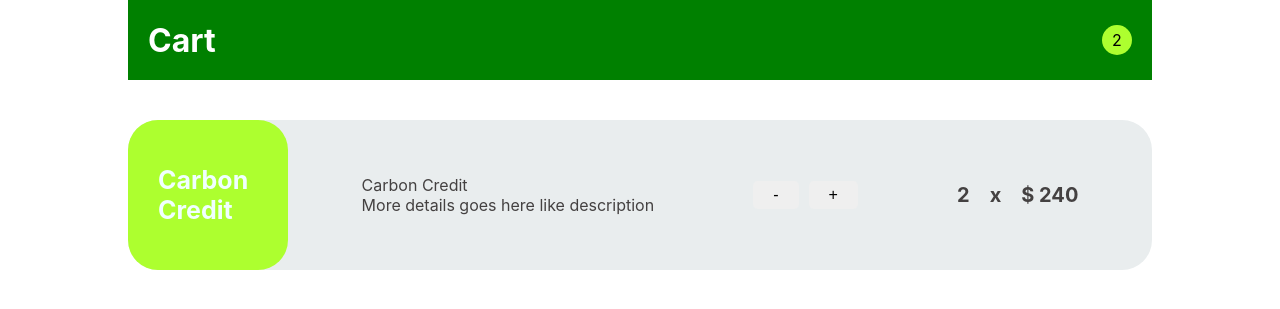
Repository: Yowani24/CarbonApp
Page: /cart
These files come from the project's save history. The page is drawn as it stood at one moment and after the next save; the edit follows.
The browser window is 1280 px wide. The pictures show the whole page.
The project was rebuilt for these pictures with package versions that can differ from the ones it lists, and the page was loaded fresh each time. The framework's server and built-in components were replaced by stand-ins that run in the browser. Also part of the build but not shown: next.config.js.

Above is the page before, as saved 2021-09-26 20:51:38.

After the next save:
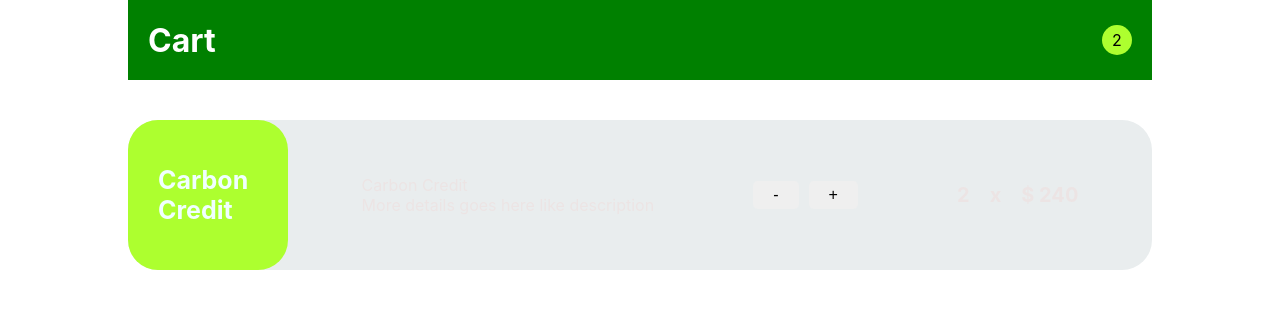
Saved 14 s later.
--- a/pages/cart/Cart.module.css
+++ b/pages/cart/Cart.module.css
@@ -57,7 +57,7 @@
     align-items: center;
     width: 70%;
     margin: 0 auto;
-    color: hsl(0, 2%, 26%);
+    color: hsl(0, 17%, 91%);
 }
 .quantity_controls button{
     border: none;

After the save that followed:
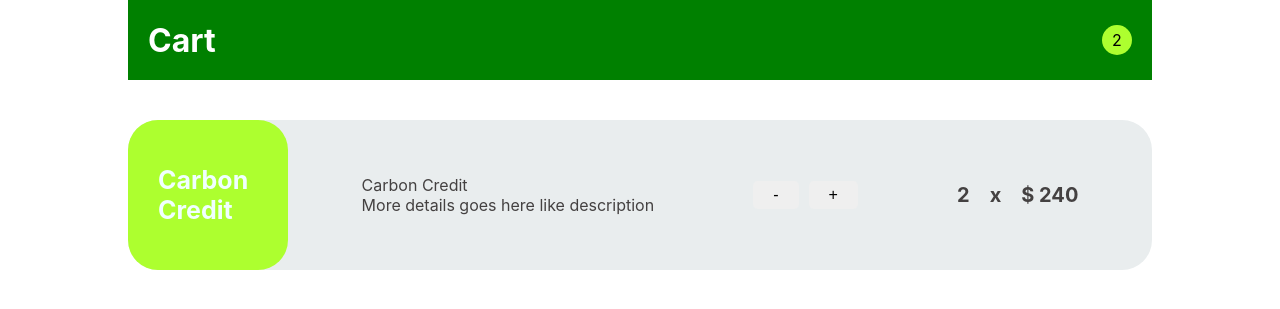
Saved 6 s later.
--- a/pages/cart/Cart.module.css
+++ b/pages/cart/Cart.module.css
@@ -57,7 +57,7 @@
     align-items: center;
     width: 70%;
     margin: 0 auto;
-    color: hsl(0, 17%, 91%);
+    color: hsl(0, 2%, 26%);
 }
 .quantity_controls button{
     border: none;
